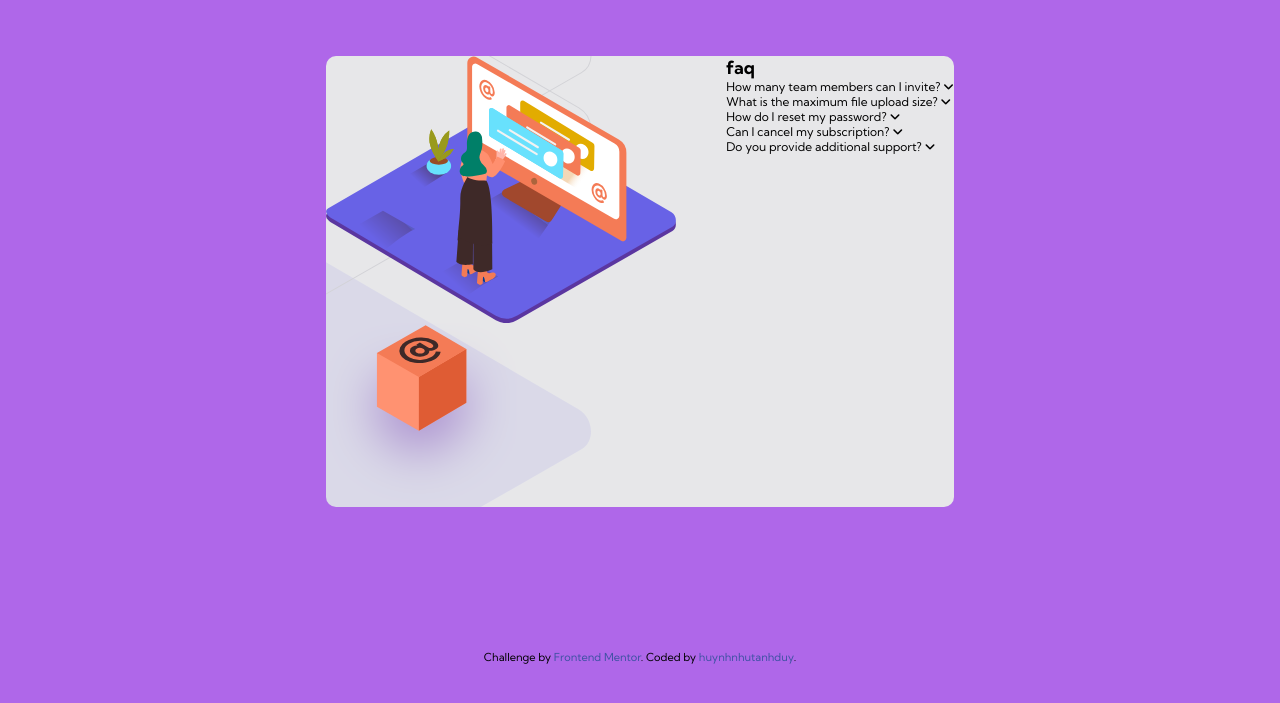
Repository: huynhnhutanhduy/faq-accordion-card
Page: index.html
The author's editor kept a copy of each file at every save. The page is drawn from the files as they stood at one save, then again after the next save.
The browser window is 1280 px wide. The pictures show the whole page.

Above is the page before, as saved 2022-10-20 13:44:00.

After the next save:
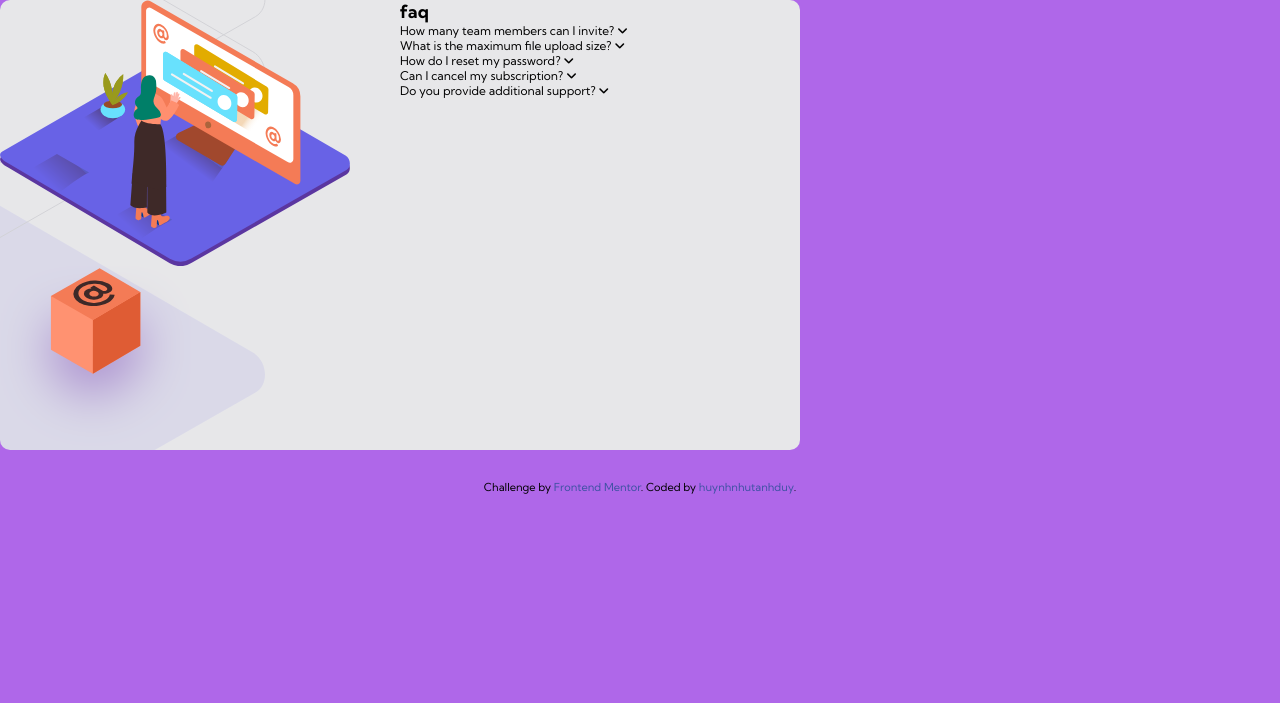
Saved 7 s later.
--- a/app.css
+++ b/app.css
@@ -26,10 +26,9 @@ body {
   font-weight: normal;
   font-family: "Kumbh Sans", sans-serif;
   background-color: var(--soft-violet);
+
   height: 100vh;
   width: 100vw;
-  display: grid;
-  place-items: center;
 }
 a {
   text-decoration: none;
